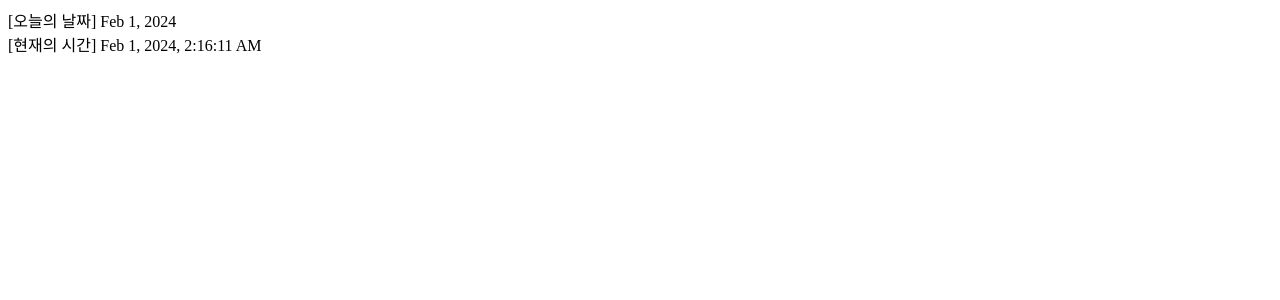
Repository: seonghun9906/sts3-Springboot
Page: http://localhost/spring-jsp02/today
These files come from the project's save history. The page is drawn as it stood at one moment and after the next save; the edit follows.
The browser window is 1280 px wide. The pictures show the whole page.
The page is served by Tomcat 9. Other server files are loaded and not shown.

Above is the page before, as saved 2024-02-05 04:25:42.

### spring-jsp02/src/main/webapp/WEB-INF/views/today.jsp
<%@page import="java.util.Date"%>
<%@ page language="java" contentType="text/html; charset=UTF-8"
    pageEncoding="UTF-8"%>
<%@ taglib uri="http://java.sun.com/jsp/jstl/core" prefix="c" %>
<%@ taglib uri="http://java.sun.com/jsp/jstl/fmt" prefix="fmt" %>

<c:set var="date" value="<%=new Date()%>"/>

<!DOCTYPE html>
<html>
<head>
<meta charset="UTF-8">
<title>현재 일시</title>
</head>
<body>
[오늘의 날짜] <fmt:formatDate value="${date}"/><br>
[현재의 시간] <fmt:formatDate value="${date}" type="both"/>
</body>
</html>

After the next save:
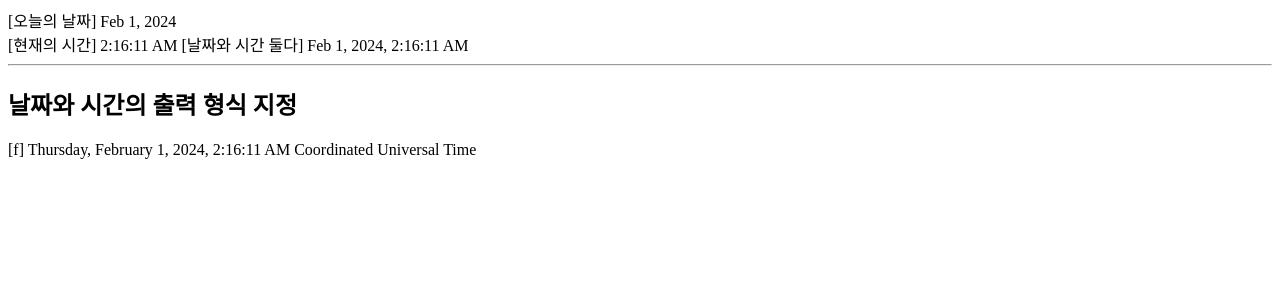
Saved 2 min 41 s later.
--- a/spring-jsp02/src/main/webapp/WEB-INF/views/today.jsp
+++ b/spring-jsp02/src/main/webapp/WEB-INF/views/today.jsp
@@ -14,6 +14,11 @@
 </head>
 <body>
 [오늘의 날짜] <fmt:formatDate value="${date}"/><br>
-[현재의 시간] <fmt:formatDate value="${date}" type="both"/>
+[현재의 시간] <fmt:formatDate value="${date}" type="time"/>
+[날짜와 시간 둘다] <fmt:formatDate value="${date}" type="both"/>
+<hr>
+<h2>날짜와 시간의 출력 형식 지정</h2>
+[f] <fmt:formatDate value="${date}" type="both"
+		dateStyle="full" timeStyle="full"/>
 </body>
 </html>
